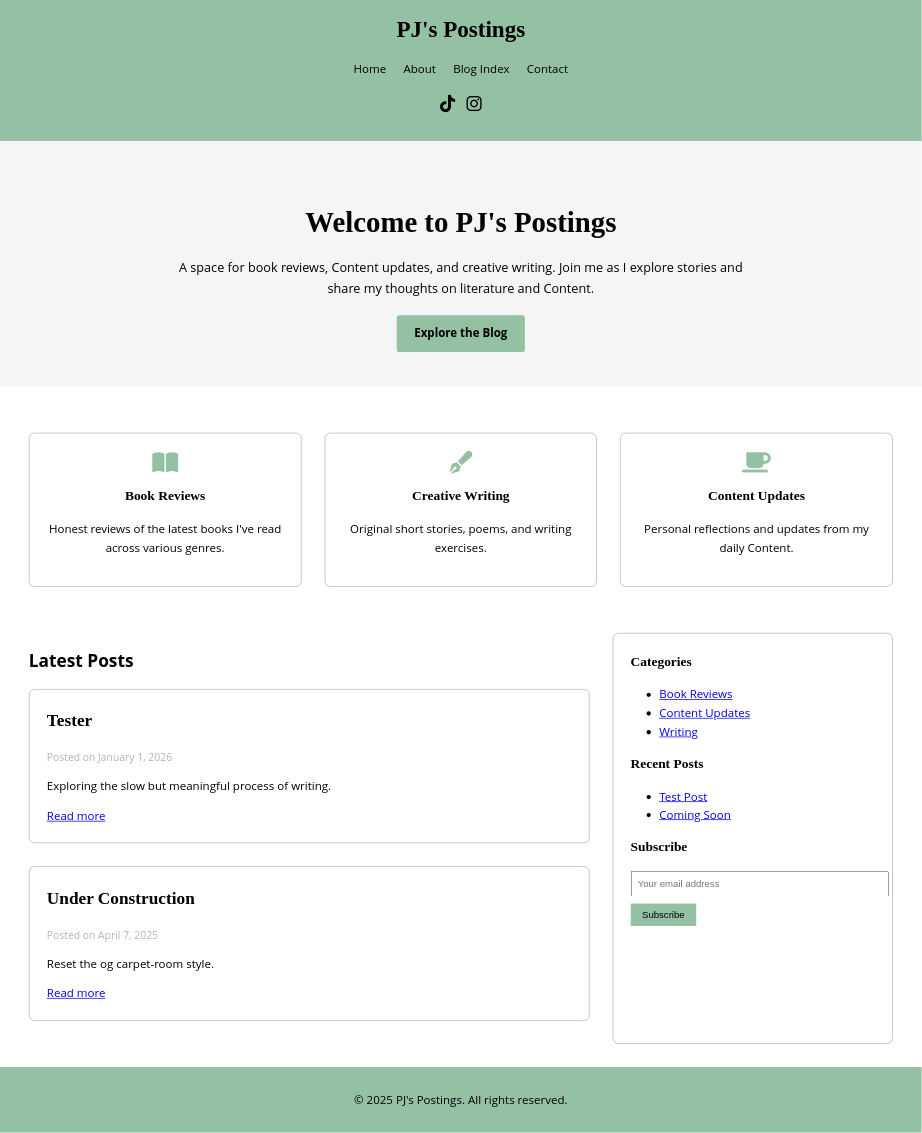
Repository: pjpatrick071/pjpatrick071.github.io
Page: index.html
The author's editor kept a copy of each file at every save. The page is drawn from the files as they stood at one save, then again after a run of saves.
The browser window is 1280 px wide. The pictures show the whole page, at 72% of full size.
Some web fonts or font styles are not loaded; a fallback is used.

Above is the page before, as saved 2025-04-07 21:23:38.

### index.html
<!DOCTYPE html>
<html lang="en">
<head>
    <link rel="apple-touch-icon" sizes="180x180" href="/apple-touch-icon.png">
<link rel="icon" type="image/png" sizes="32x32" href="/favicon-32x32.png">
<link rel="icon" type="image/png" sizes="16x16" href="/favicon-16x16.png">
<link rel="manifest" href="/site.webmanifest">
    <meta charset="UTF-8">
    <meta name="viewport" content="width=device-width, initial-scale=1.0">
    <title>PJ's Postings</title>

    <!-- Fonts -->
    <link href="https://fonts-api.wp.com/css?family=Playfair+Display:400,400i,700,700i|Open+Sans:400,400i,700,700i&subset=latin,latin-ext" rel="stylesheet">

    <!-- Font Awesome (for icons) -->
    <link href="https://cdnjs.cloudflare.com/ajax/libs/font-awesome/6.4.0/css/all.min.css" rel="stylesheet">

    <!-- Main Styles -->
    <style>
        :root {
            --soft-green: #94c0a4;
            --silver: #b3b3b3;
            --black: #000000;
            --white: #ffffff;
        }

        body {
            font-family: 'Open Sans', sans-serif;
            line-height: 1.6;
            margin: 0;
            padding: 0;
            background-color: var(--white);
            color: var(--black);
        }

        /* Header Styles */
        header {
            background-color: var(--soft-green);
            padding: 1rem 0;
            text-align: center;
            border-bottom: 1px solid var(--silver);
        }

        .logo {
            font-size: 2rem;
            font-weight: bold;
            margin: 0;
            color: var(--black);
            font-family: 'Playfair Display', serif;
        }

        /* Navigation */
        nav ul {
            padding: 0;
            list-style: none;
            display: flex;
            justify-content: center;
            gap: 1.5rem;
            margin: 1rem 0;
        }

        nav a {
            text-decoration: none;
            color: var(--black);
            font-weight: 500;
            transition: color 0.3s;
        }

        nav a:hover {
            color: var(--silver);
        }

        /* Hero Section */
        .hero {
            background-color: #f5f5f5;
            padding: 3rem 1rem;
            text-align: center;
            margin-bottom: 2rem;
        }

        .hero h2 {
            font-family: 'Playfair Display', serif;
            font-size: 2.5rem;
            margin-bottom: 1rem;
        }

        .hero p {
            max-width: 800px;
            margin: 0 auto 1.5rem;
            font-size: 1.1rem;
        }

        .cta-button {
            display: inline-block;
            background-color: var(--soft-green);
            color: var(--black);
            padding: 0.8rem 1.5rem;
            border-radius: 4px;
            text-decoration: none;
            font-weight: bold;
            transition: background-color 0.3s;
        }

        .cta-button:hover {
            background-color: #82ad90;
        }

        /* Features Section */
        .features {
            display: flex;
            justify-content: space-around;
            flex-wrap: wrap;
            gap: 2rem;
            padding: 2rem;
            max-width: 1200px;
            margin: 0 auto;
        }

        .feature-card {
            flex: 1;
            min-width: 250px;
            background-color: var(--white);
            border: 1px solid var(--silver);
            border-radius: 8px;
            padding: 1.5rem;
            text-align: center;
        }

        .feature-card i {
            font-size: 2rem;
            color: var(--soft-green);
            margin-bottom: 1rem;
        }

        .feature-card h3 {
            font-family: 'Playfair Display', serif;
            margin-top: 0;
        }

        /* Main Content */
        .container {
            max-width: 1200px;
            margin: 2rem auto;
            padding: 0 1rem;
            display: grid;
            grid-template-columns: 2fr 1fr;
            gap: 2rem;
        }

        /* Blog Posts */
        .blog-post {
            background-color: var(--white);
            border: 1px solid var(--silver);
            border-radius: 8px;
            padding: 1.5rem;
            margin-bottom: 2rem;
        }

        .post-title {
            color: var(--black);
            margin-top: 0;
            font-family: 'Playfair Display', serif;
        }

        .post-meta {
            color: var(--silver);
            font-size: 0.9rem;
            margin-bottom: 1rem;
        }

        /* Sidebar */
        .sidebar {
            background-color: var(--white);
            border: 1px solid var(--silver);
            border-radius: 8px;
            padding: 1.5rem;
        }

        .sidebar-title {
            margin-top: 0;
            color: var(--black);
            font-family: 'Playfair Display', serif;
        }

        /* Footer */
        footer {
            background-color: var(--soft-green);
            text-align: center;
            padding: 1rem 0;
            border-top: 1px solid var(--silver);
            margin-top: 2rem;
        }

        /* Social Icons */
        .social-links {
            display: flex;
            justify-content: center;
            gap: 1rem;
            margin: 1rem 0;
        }

        .social-links a {
            color: var(--black);
            font-size: 1.5rem;
            transition: transform 0.3s;
        }

        .social-links a:hover {
            transform: scale(1.2);
        }

        /* Responsive Design */
        @media (max-width: 768px) {
            .container {
                grid-template-columns: 1fr;
            }

            .features {
                flex-direction: column;
            }
            .requested-badge {
                background-color: var(--soft-green);
                color: var(--black);
                padding: 0.2rem 0.5rem;
                border-radius: 4px;
                font-size: 0.8rem;
                margin-left: 0.5rem;
                font-weight: bold;
                display: inline-block;
                margin-top: 0.5rem;
            }
        }
    </style>
</head>
<body>
    <!-- Header -->
    <header>
        <h1 class="logo">PJ's Postings</h1>
        <nav>
            <ul>
                <li><a href="index.html">Home</a></li>
                <li><a href="about.html">About</a></li>
                <li><a href="blog.html"> Blog Index</a></li>
                <li><a href="contact.html">Contact</a></li>
            </ul>
        </nav>

        <!-- Social Links -->
        <div class="social-links">
            <a href="https://www.tiktok.com/@p.j.patrick" target="_blank" rel="noopener noreferrer"><i class="fab fa-tiktok"></i></a>
            <a href="https://www.instagram.com/p.j.patrick/" target="_blank" rel="noopener noreferrer"><i class="fab fa-instagram"></i></a>
        </div>
    </header>

    <!-- Hero Section -->
    <section class="hero">
        <h2>Welcome to PJ's Postings</h2>
        <p>A space for book reviews, Content updates, and creative writing. Join me as I explore stories and share my thoughts on literature and Content.</p>
        <a href="blog.html" class="cta-button">Explore the Blog</a>
    </section>

    <!-- Features Section -->
    <section class="features">
        <div class="feature-card">
            <i class="fas fa-book-open"></i>
            <h3>Book Reviews</h3>
            <p>Honest reviews of the latest books I've read across various genres.</p>
        </div>
        <div class="feature-card">
            <i class="fas fa-pen-fancy"></i>
            <h3>Creative Writing</h3>
            <p>Original short stories, poems, and writing exercises.</p>
        </div>
        <div class="feature-card">
            <i class="fas fa-coffee"></i>
            <h3>Content Updates</h3>
            <p>Personal reflections and updates from my daily Content.</p>
        </div>
    </section>

    <!-- Main Content -->
    <div class="container">
        <!-- Blog Posts Section -->
        <main>
            <h2>Latest Posts</h2>
            <div id="recent-posts-container">

            </div>
            <!-- Additional posts can be added by duplicating the article element -->
        </main>

        <!-- Sidebar -->
        <aside class="sidebar">
            <h3 class="sidebar-title">Categories</h3>
            <ul>
                <li><a href="blog.html#book-reviews">Book Reviews</a></li>
                <li><a href="blog.html#content-updates">Content Updates</a></li>
                <li><a href="blog.html#writing">Writing</a></li>
            </ul>

            <h3 class="sidebar-title">Recent Posts</h3>
            <ul>
                <li><a href="blog.html#test-post">Test Post</a></li>
                <li><a href="blog.html#coming-soon">Coming Soon</a></li>
            </ul>

            <!-- Email Subscription Form -->
            <h3 class="sidebar-title">Subscribe</h3>
            <form action="#" method="post">
                <input type="email" name="email" placeholder="Your email address" style="width: 100%; padding: 8px; margin-bottom: 10px;">
                <button type="submit" style="background: var(--soft-green); border: none; padding: 8px 16px; cursor: pointer;">Subscribe</button>
            </form>
        </aside>
    </div>

    <!-- Footer -->
    <footer>
        <p>&copy; <script>document.write(new Date().getFullYear());</script> PJ's Postings. All rights reserved.</p>
    </footer>

    <!-- JavaScript for dynamic elements -->
    <script>
        // Simple script to handle mobile menu toggle
        document.addEventListener('DOMContentLoaded', function() {
            // You can add interactive functionality here
            console.log('Blog loaded successfully!');
        });
    </script>
    <script>
        document.addEventListener('DOMContentLoaded', function() {
            // Fetch posts from your JSON file
            fetch('posts.json')
                .then(response => {
                    if (!response.ok) {
                        throw new Error('Network response was not ok');
                    }
                    return response.json();
                })
                .then(data => {
                    const allPosts = data.posts;

                    // Sort posts by date (newest first)
                    allPosts.sort((a, b) => new Date(b.date) - new Date(a.date));

                    // Get only the most recent posts (3 in this case)
                    const recentPosts = allPosts.slice(0, 3);

                    // Display them
                    const container = document.getElementById('recent-posts-container');

                    // Clear any existing content
                    container.innerHTML = '';

                    // Create and append post elements
                    recentPosts.forEach(post => {
                        const postElement = document.createElement('article');
                        postElement.className = 'blog-post';
                        postElement.innerHTML = `
                            <h2 class="post-title">${post.title}</h2>
                            <p class="post-meta">Posted on ${formatDate(post.date)}</p>
                            <div class="entry-content">
                                <p>${post.excerpt}</p>
                                <a href="${post.url}">Read more</a>
                            </div>
                            ${post.requested ? '<span class="requested-badge">Requested Review</span>' : ''}
                        `;
                        container.appendChild(postElement);
                    });

                    // Show message if no posts found
                    if (recentPosts.length === 0) {
                        container.innerHTML = '<p>No recent posts found.</p>';
                    }
                })
                .catch(error => {
                    console.error('Error loading posts:', error);
                    const container = document.getElementById('recent-posts-container');
                    container.innerHTML = '<p>Error loading recent posts. Please try again later.</p>';
                });

            function formatDate(dateString) {
                const options = { year: 'numeric', month: 'long', day: 'numeric' };
                return new Date(dateString).toLocaleDateString('en-US', options);
            }
        });
    </script>
</body>
</html>

### posts.json
{
    "posts": [
      {
        "title": "Tester",
        "date": "2026-01-01",
        "url": "posts/tester.html",
        "excerpt": "Exploring the slow but meaningful process of writing.",
        "category": "writing",
        "requested": false
      },
      {
        "title": "Under Construction",
        "date": "2025-04-07",
        "url": "posts/underConstruction.html",
        "excerpt": "Reset the og carpet-room style.",
        "category": "book-re",
        "requested": false
      }
    ]
  }

After the next 2 saves:
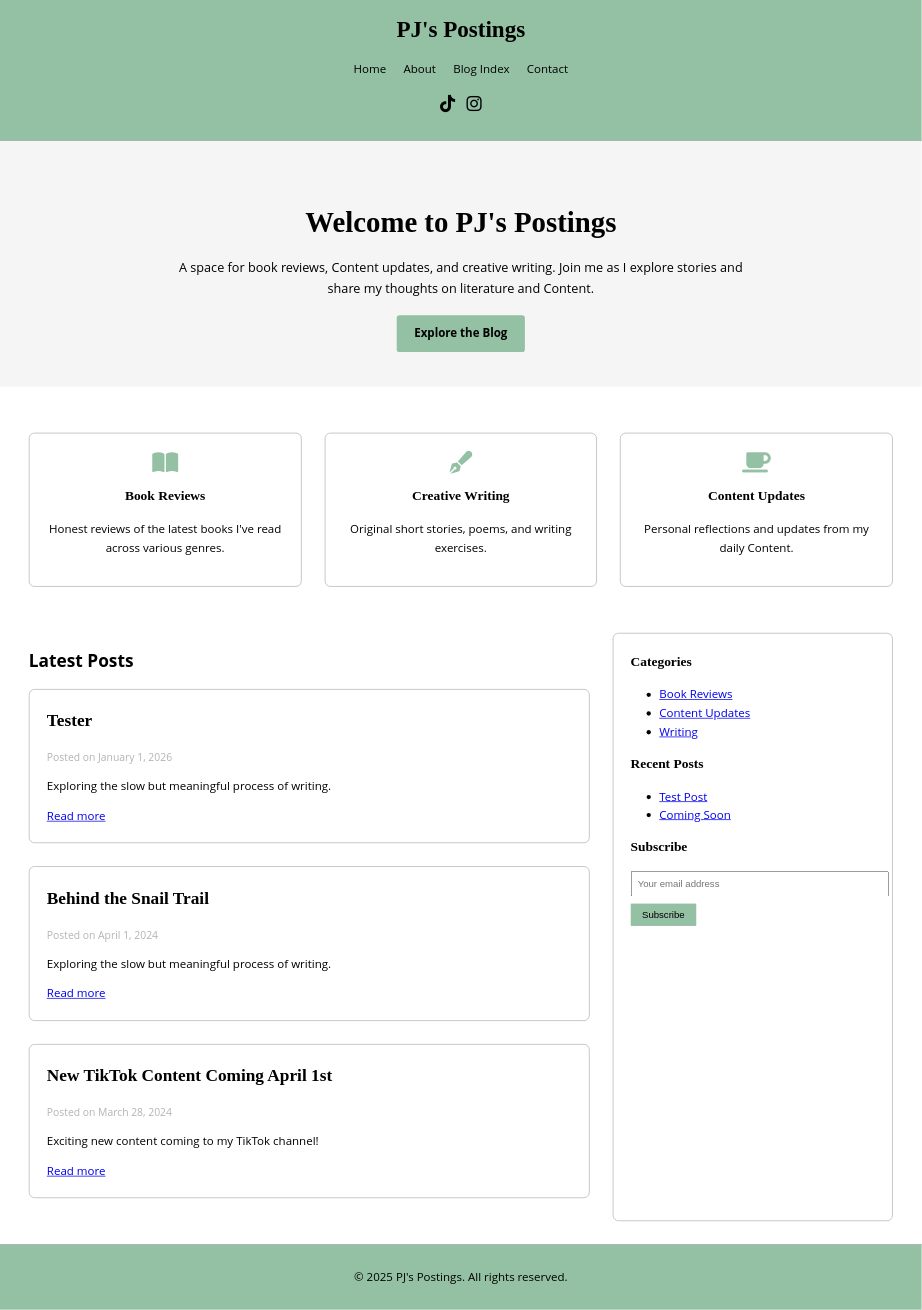
The 2 saves are shown as one change because they came seconds apart.
The last was saved 12 s later.
--- a/posts.json
+++ b/posts.json
@@ -1,20 +1,60 @@
 {
-    "posts": [
-      {
-        "title": "Tester",
-        "date": "2026-01-01",
-        "url": "posts/tester.html",
-        "excerpt": "Exploring the slow but meaningful process of writing.",
-        "category": "writing",
-        "requested": false
-      },
-      {
-        "title": "Under Construction",
-        "date": "2025-04-07",
-        "url": "posts/underConstruction.html",
-        "excerpt": "Reset the og carpet-room style.",
-        "category": "book-re",
-        "requested": false
-      }
-    ]
-  }
+  "posts": [
+    {
+      "title": "New TikTok Content Coming April 1st",
+      "date": "2024-03-28",
+      "url": "posts/new-tiktok.html",
+      "excerpt": "Exciting new content coming to my TikTok channel!",
+      "category": "content-updates",
+      "requested": false
+    },
+    {
+      "title": "ACOTAR Review: Overhyped and Underwhelming",
+      "date": "2024-03-25",
+      "url": "posts/acotar-review.html",
+      "excerpt": "A critical look at Sarah J. Maas's popular fantasy series.",
+      "category": "book-reviews",
+      "requested": true
+    },
+    {
+      "title": "Alternate Universes",
+      "date": "2024-03-15",
+      "url": "posts/alternate-universes.html",
+      "excerpt": "The concept of alternate universes in fiction and how writers can use them effectively.",
+      "category": "writing",
+      "requested": false
+    },
+    {
+      "title": "Website Refresh Coming Soon",
+      "date": "2024-03-15",
+      "url": "posts/website-updates.html",
+      "excerpt": "Plans for improving PJ's Postings.",
+      "category": "content-updates",
+      "requested": false
+    },
+    {
+      "title": "LOTR Review: A Timeless Masterpiece",
+      "date": "2024-02-10",
+      "url": "posts/lotr-review.html",
+      "excerpt": "Why Tolkien's epic continues to define the fantasy genre.",
+      "category": "book-reviews",
+      "requested": false
+    },
+    {
+      "title": "Behind the Snail Trail",
+      "date": "2024-04-01",
+      "url": "posts/snail-trail.html",
+      "excerpt": "Exploring the slow but meaningful process of writing.",
+      "category": "writing",
+      "requested": false
+    },
+    {
+      "title": "Tester",
+      "date": "2026-01-01",
+      "url": "posts/tester.html",
+      "excerpt": "Exploring the slow but meaningful process of writing.",
+      "category": "writing",
+      "requested": false
+    }
+  ]
+}
